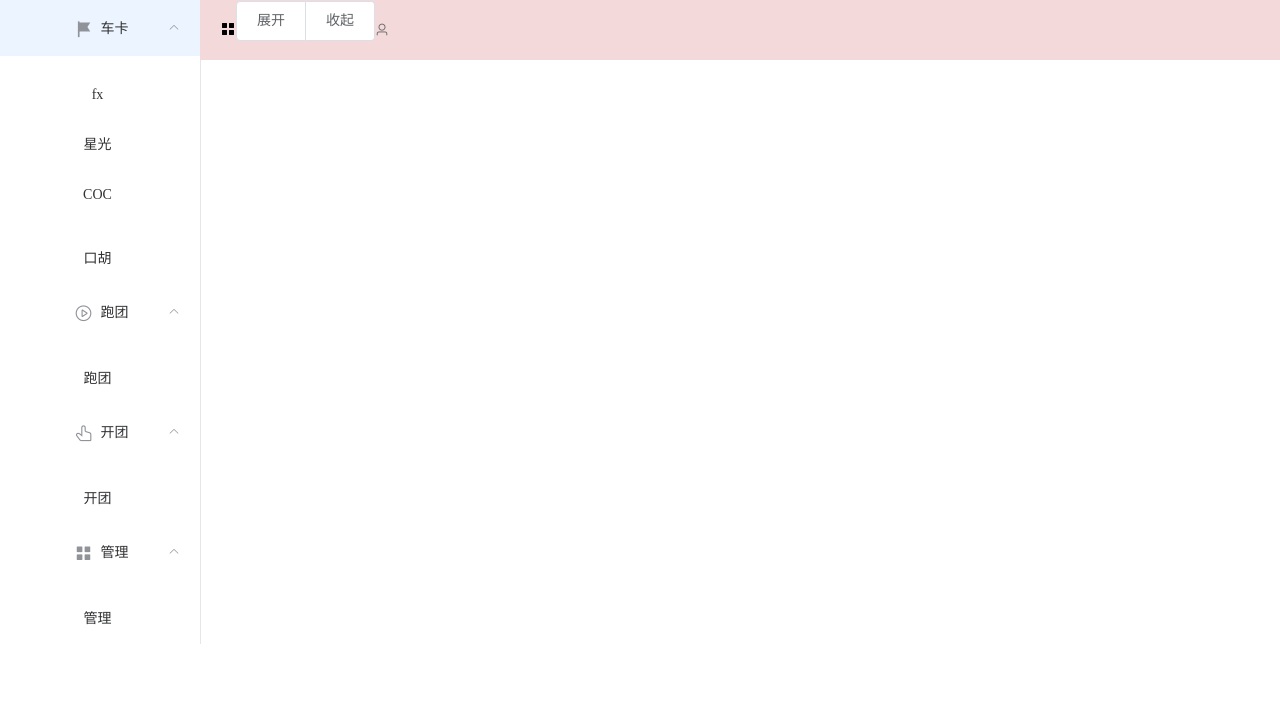
Repository: redlout/ptgkd
Page: /
These files come from the project's save history. The page is drawn as it stood at one moment and after the next save; the edit follows.
The browser window is 1280 px wide. The pictures show the whole page.
The project was rebuilt for these pictures with package versions that can differ from the ones it lists, and the page was loaded fresh each time. Also part of the build but not shown: src/mock/mock.js, src/views/Login.vue, src/components/SvgIcon/index.vue.

Above is the page before, as saved 2019-09-02 16:30:40.

### index.html
<!DOCTYPE html>
<html>
  <head>
    <meta charset="utf-8">
    <meta name="viewport" content="width=device-width,initial-scale=1.0">
    <title>ptgkd</title>
  </head>
  <body>
    <div id="app"></div>
    <!-- built files will be auto injected -->
  </body>
</html>

<style>
body{
  margin:0;
  padding:0;
}
</style>

### src/main.js
// import '@/styles/index.scss'
// import 'normalize.css/normalize.css'
import Vue from 'vue'
import App from './App'
import router from './router'

import ElementUI from 'element-ui'
import 'element-ui/lib/theme-chalk/index.css'
import api from './http/index'
import './icons'
import store from './store'

Vue.config.productionTip = false
Vue.use(ElementUI);
Vue.use(api);

// Vue.use(api)
/* eslint-disable no-new */
new Vue({
  el: '#app',
  router,
  store,
  render: h => h(App)
})

### src/router/index.js
import Vue from 'vue'
import Router from 'vue-router'
import HelloWorld from '@/views/HelloWorld'
import Login from '@/views/Login'

Vue.use(Router)

const router = new Router({
  routes: [
    {
      path: '/',
      name: 'HelloWorld',
      component: HelloWorld
    },
    {
      path: '/login',
      name: 'Login',
      component: Login
    }
  ]
})

export default router

### src/http/index.js
// 导入所有接口
import apis from './api'

const install = Vue => {
    if (install.installed)
        return;

    install.installed = true;

    Object.defineProperties(Vue.prototype, {
        // 注意，此处挂载在 Vue 原型的 $api 对象上
        $api: {
            get() {
                return apis
            }
        }
    })
}

export default install

### src/icons/index.js
import Vue from 'vue'
import SvgIcon from '@/components/SvgIcon'// svg component

// register globally
Vue.component('svg-icon', SvgIcon)

const req = require.context('./svg', false, /\.svg$/)
const requireAll = requireContext => requireContext.keys().map(requireContext)
requireAll(req)

### src/store/index.js
import Vue from 'vue'
import vuex from 'vuex'

Vue.use(vuex);
import collapse from './modules/collapse.js'
const store = new vuex.Store({
    modules: {
        collapseState: collapse,
        // menu: mymenu
        // 其他
    }
})

export default store

### src/views/HelloWorld.vue
<template>
<div class="container" >
  <el-container style="height: 100%;" direction="vertical">

    <el-container>
          <AsideBar></AsideBar>
      <el-main></el-main>
    </el-container>
    <HeadBar></HeadBar>
  </el-container>
</div>
</template>

<script>
import AsideBar from "../components/AsideBar/index";
import HeadBar from "../components/HeadBar/index";
export default {
  name: "HelloWorld",
  data() {
    return {
      isCollapse: false
    };
  },
  components: {
    AsideBar,
    HeadBar
  },
  methods: {
    logout: function() {
      var _this = this;
      this.$confirm("确认退出吗?", "提示", {
        type: "warning"
      }).then(() => {
        // sessionStorage.removeItem("user");
        this.$router.push("/login");
      });
    }
  }
};
</script>

<style scoped>
  .container {
    position:absolute;
    top: 0px;
    left: 0px;
    right: 0px;
    background: #4b5f6e;
  }
</style>

### src/http/api.js
import axios from './axios'

const login = data =>{
    return axios({
        url: '/login',
        method: 'post',
        data
    })
}

const logout = () =>{
    return axios({

    })
}

export default{
    login,
    logout
}

### src/store/modules/collapse.js
export default {
    state: {
        collapse:false  // 导航栏收缩状态
    },
    getters: {
        collapse(state){// 对应着上面state
            return collapse;
        }
    },
    mutations: {
        collapse(state){  // 改变收缩状态
            state.collapse = !state.collapse;
        }
    },
    actions: {

    }
}

### src/components/AsideBar/index.vue
<template>
  <el-aside width="initial" style="background-color: rgb(238, 241, 246) ">
    <el-menu
      :default-openeds="['1','2','3','4']"
      class="el-menu-vertical-demo"
      @open="handleOpen"
      @close="handleClose"
      :collapse="isCollapse"
    >

      <el-submenu index="1">
        <template slot="title">
          <i class="el-icon-s-flag"></i>
          <span slot="title">车卡</span>
        </template>
        <el-menu-item-group>
          <el-menu-item index="1-1">fx</el-menu-item>
          <el-menu-item index="1-2">星光</el-menu-item>
          <el-menu-item index="1-3">COC</el-menu-item>
        </el-menu-item-group>
        <el-menu-item-group>
          <el-menu-item index="1-1">口胡</el-menu-item>
        </el-menu-item-group>
      </el-submenu>
      <el-submenu index="2">
        <template slot="title">
          <i class="el-icon-video-play"></i>
          <span slot="title">跑团</span>
        </template>
        <el-menu-item-group>
          <el-menu-item index="2-1">跑团</el-menu-item>
        </el-menu-item-group>
      </el-submenu>
      <el-submenu index="3">
        <template slot="title">
          <i class="el-icon-thumb"></i>
          <span slot="title">开团</span>
        </template>
        <el-menu-item-group>
          <el-menu-item index="3-1">开团</el-menu-item>
        </el-menu-item-group>
      </el-submenu>
      <el-submenu index="4">
        <template slot="title">
          <i class="el-icon-menu"></i>
          <span slot="title">管理</span>
        </template>
        <el-menu-item-group>
          <el-menu-item index="3-1">管理</el-menu-item>
        </el-menu-item-group>
      </el-submenu>
    </el-menu>
  </el-aside>
</template>


<script>
export default {
  name: "AsideBar",
  data() {
    return {
      isCollapse: false
    };
  },
  methods: {
    handleOpen(key, keyPath) {
      // console.log(key, keyPath);
    },
    handleClose(key, keyPath) {
      // console.log(key,keyPath)
    }
  }
};
</script>

<style>
.el-aside {
  background-color: #d3dce6;
  color: #333;
  text-align: center;
  line-height: 10px;
  position: absolute;
}
.el-menu-vertical-demo:not(.el-menu--collapse) {
  width: 200px;
  min-height: 400px;
}
</style>

### src/components/HeadBar/index.vue
<template>
  <el-header>
    <span @click.prevent="collapse">
      <i class="el-icon-menu"></i>
    </span>
          <el-radio-group v-model="isCollapse" style="margin-bottom:20px;">
        <el-radio-button :label="false">展开</el-radio-button>
        <el-radio-button :label="true">收起</el-radio-button>
      </el-radio-group>
    <el-dropdown>
      <i class="el-icon-user" style="margin-right: 15px"></i>
      <el-dropdown-menu slot="dropdown">
        <el-dropdown-item>个人信息</el-dropdown-item>
        <el-dropdown-item>管理</el-dropdown-item>
        <el-dropdown-item divided @click="logout">登出</el-dropdown-item>
      </el-dropdown-menu>
    </el-dropdown>
  </el-header>
  <!-- <el-main></el-main> -->
</template>


<style>
.el-header {
  position: absolute;
  background-color: rgb(243, 217, 217);
  left: 200px;
  right: 0px;
  height: 60px;
  line-height: 60px;
}
</style>

### src/http/axios.js
import axios from 'axios';
import qs from 'qs';
import Cookies from "js-cookie";
import router from "@/router"

export default function $axios(options){
    return new Promise((resolve, reject) => {
      console.log(options)
        const instance = axios.create({
            baseURL: 'http://localhost:8080/',
            headers: {'Content-Type': 'application/json;charset=UTF-8'},
            timeout: '10000',
            transformResponse: [function (data){
            }]
        })
        // request 拦截器
        instance.interceptors.request.use(function(config){
                let token = Cookies.get('token')
                console.log(config)
                if(1){
                    config.headers.accessToken = 111
                }else{
                    //重定向到登陆页面
                    router.push('/login')
                }
                if(config.method === 'post'){
                    if(config.data.__proto__ === FormData.prototype
                        || config.url.endsWith('path')
                        || config.url.endsWith('mark')
                        || config.url.endsWith('patchs')
                        ){
                        }else{
                          config.data = qs.stringify(config.data)
                          console.log(config.data)
                        }
                    }
                    return config
                },
                function (error) {
                // 请求超时
                console.log('request:', error)
                if(error.code === 'ECONNABORTED' && error.message.indexOf('timeout') !== -1){
                    console.log('timeout 请求超时')
                }
                // 重定向到错误页面
                const errorInfo = error.response
                console.log(errorInfo)
                if(errorInfo){
                    error = errorInfo.data
                    const errorStatus = errorInfo.statue; // 404 403 500 ...
                    router.push({
                        path:  `/error/${errorStatus}`
                    })
                }
                return Promise.reject(error)
            }
        )
        console.log(11111111111111)
        instance.interceptors.response.use(function(response){
                let data;
                if(response.data == undefined){
                  data = JSON.parse(response.request.responseText)
                }else{
                    data = response.data
                }

                //根据返回的code 来进行不同的处理
                switch(data.rc){
                    case 1:
                        console.log(data.desc)
                        break;
                    case 0:
                        store.commit('changeState')
                    default:

                }
                return data
            },
            function(err){
              console.log(999999)
                if (err && err.response) {
                    switch (err.response.status) {
                      case 400:
                        err.message = '请求错误'
                        break
                      case 401:
                        err.message = '未授权，请登录'
                        break
                      case 403:
                        err.message = '拒绝访问'
                        break
                      case 404:
                        err.message = `请求地址出错: ${err.response.config.url}`
                        break
                      case 408:
                        err.message = '请求超时'
                        break
                      case 500:
                        err.message = '服务器内部错误'
                        break
                      case 501:
                        err.message = '服务未实现'
                        break
                      case 502:
                        err.message = '网关错误'
                        break
                      case 503:
                        err.message = '服务不可用'
                        break
                      case 504:
                        err.message = '网关超时'
                        break
                      case 505:
                        err.message = 'HTTP版本不受支持'
                        break
                      default:
                    }
                  }
                  console.error(err)
                  return Promise.reject(err)
            }
        )
        //请求处理
        instance(options).then(res => {
          console.log(2222222)
            resolve(res)
            return false
        }).catch(error => {
          console.log(33333)
            reject(error)
        })
        console.log(4444)
    })
}

Loaded but not shown: src/App.vue (common file)

After the next save:
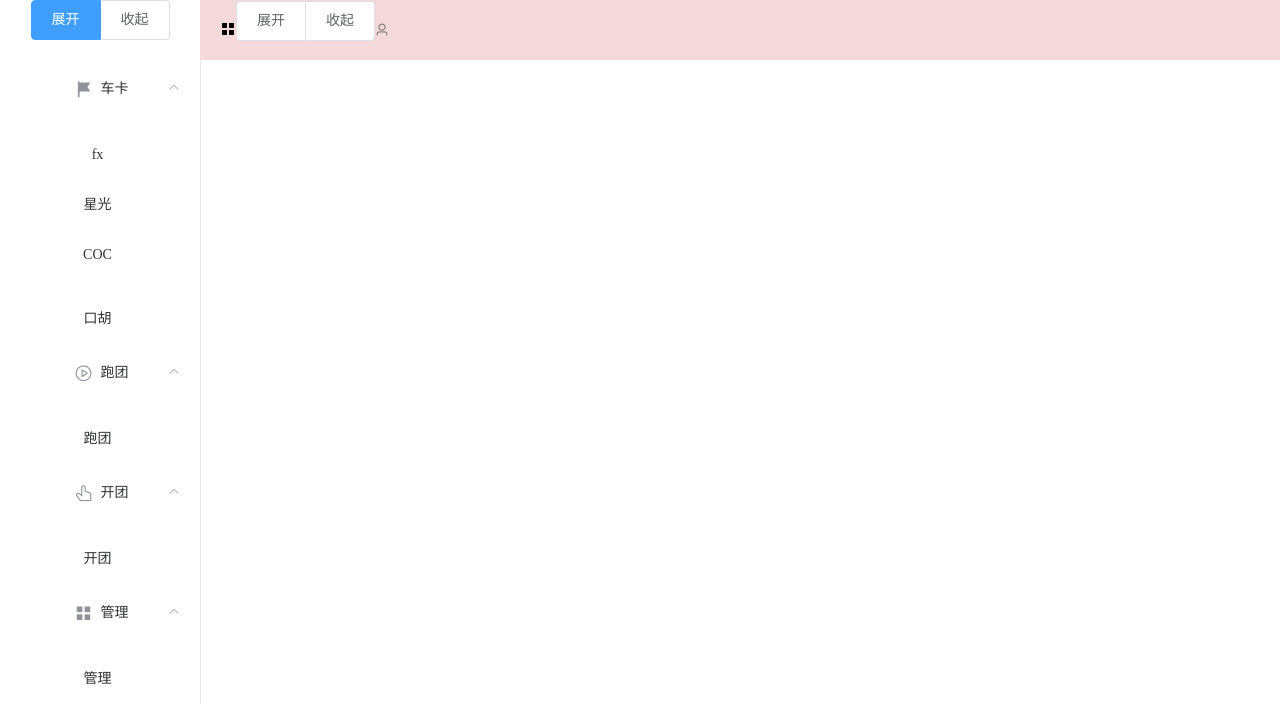
Saved 33 s later.
--- a/src/components/AsideBar/index.vue
+++ b/src/components/AsideBar/index.vue
@@ -7,7 +7,10 @@
       @close="handleClose"
       :collapse="isCollapse"
     >
-
+      <el-radio-group v-model="isCollapse" style="margin-bottom:20px;">
+        <el-radio-button :label="false">展开</el-radio-button>
+        <el-radio-button :label="true">收起</el-radio-button>
+      </el-radio-group>
       <el-submenu index="1">
         <template slot="title">
           <i class="el-icon-s-flag"></i>
